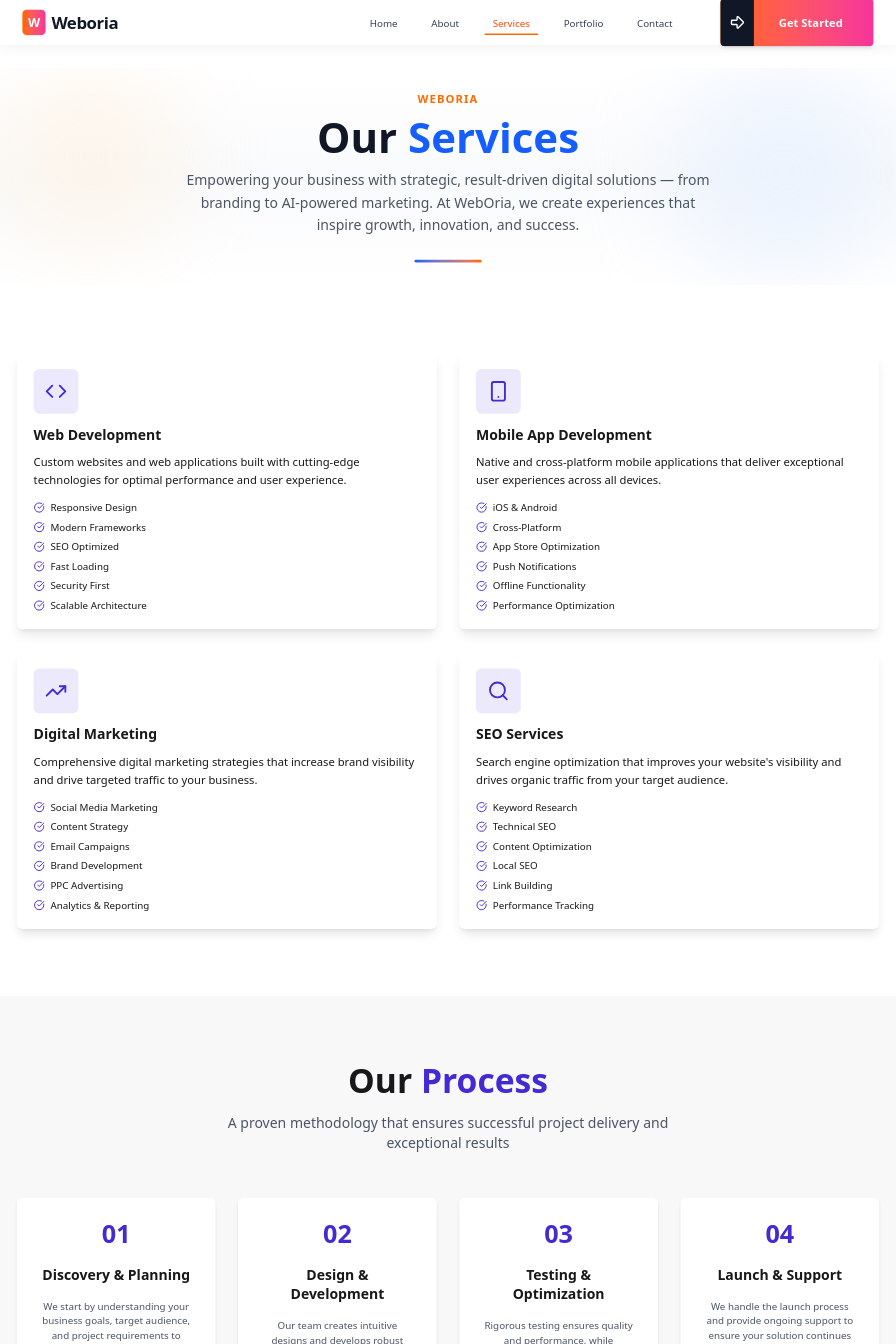
Repository: mdmuhibullahhabib/weboria
Page: /services
An editor plug-in stored every save of this project. The page is shown before and after the next save, followed by the edit.
The browser window is 1280 px wide. The pictures show the part of the page from y = 0 to 1920 px (the page is 3670 px tall), at 70% of full size.
The project was rebuilt for these pictures with package versions that can differ from the ones it lists, and the page was loaded fresh each time. The framework's server and built-in components were replaced by stand-ins that run in the browser. Also part of the build but not shown: next.config.mjs.

Above is the page before, as saved 2025-10-05 11:53:36.

### src/app/layout.js
import { Geist, Geist_Mono } from "next/font/google";
import "./globals.css";
import Navbar from "@/components/Navbar";
import Footer from "@/components/Footer";
import { Toaster } from "react-hot-toast";

const geistSans = Geist({
  variable: "--font-geist-sans",
  subsets: ["latin"],
});

const geistMono = Geist_Mono({
  variable: "--font-geist-mono",
  subsets: ["latin"],
});

export const metadata = {
  title: "Weboria",
  description: "Digital Marketing Agency",
  icons: "/favicon.ico",
};

export default function RootLayout({ children }) {
  return (
    <html lang="en">
      <body
        className={`${geistSans.variable} ${geistMono.variable} antialiased`}
      >

        <Navbar />
        <Toaster />
        {children}
        <Footer />
      </body>
    </html>
  );
}

### src/components/Navbar.jsx
"use client";
import { useState } from "react";
import Link from "next/link";
import { usePathname } from "next/navigation";
import { Menu, X } from "lucide-react";
import Button from "./Button";

export default function Navbar() {
  const [isOpen, setIsOpen] = useState(false);
  const pathname = usePathname();

  // Brand color palette for Weboria
  // Primary: #FF6B00 (vibrant orange)
  // Secondary: #0B0F19 (dark blue-black)
  // Accent: gradient orange-pink
  const navigation = [
    { name: "Home", href: "/" },
    { name: "About", href: "/about" },
    { name: "Services", href: "/services" },
    { name: "Portfolio", href: "/portfolio" },
    { name: "Contact", href: "/contact" },
  ];

  const isActive = (href) => {
    if (href === "/" && pathname === "/") return true;
    if (href !== "/" && pathname.startsWith(href)) return true;
    return false;
  };

  return (
    <nav className="sticky top-0 z-50 bg-white/80 backdrop-blur-xl border-b border-gray-100 shadow-[0_4px_20px_rgba(0,0,0,0.05)] transition-all duration-300">
      <div className="max-w-7xl mx-auto px-4 sm:px-6 lg:px-8">
        <div className="flex justify-between items-center h-16">
          {/* Logo */}
          <Link href="/" data-testid="link-home">
            <div className="flex items-center space-x-2">
              <div className="bg-gradient-to-r from-orange-500 to-pink-500 text-white font-bold text-lg px-2 py-1 rounded-md shadow-sm">
                W
              </div>
              <h1 className="text-2xl font-extrabold text-gray-900 tracking-tight hover:text-orange-500 transition-colors">
                Weboria
              </h1>
            </div>
          </Link>

          {/* Desktop Navigation */}
          <div className="hidden md:flex space-x-6 items-center">
            {navigation.map((item) => (
              <Link
                key={item.name}
                href={item.href}
                data-testid={`link-${item.name.toLowerCase()}`}
              >
                <span
                  className={`relative px-3 py-2 rounded-md text-sm font-medium transition-all duration-300 ${
                    isActive(item.href)
                      ? "text-orange-600 after:absolute after:left-0 after:bottom-0 after:h-[2px] after:w-full after:bg-orange-500 after:rounded-full"
                      : "text-gray-700 hover:text-orange-600 hover:after:absolute hover:after:left-0 hover:after:bottom-0 hover:after:h-[2px] hover:after:w-full hover:after:bg-orange-500 hover:after:rounded-full"
                  }`}
                >
                  {item.name}
                </span>
              </Link>
            ))}

            {/* CTA Button */}
            <Button
              className="ml-8 bg-gradient-to-r from-orange-500 to-pink-500 text-white px-5 py-2.5 rounded-md shadow-md hover:shadow-lg hover:scale-105 transition-transform duration-200"
              text={"Get Started"}
              href="/contact"
            />
          </div>

          {/* Mobile menu button */}
          <div className="md:hidden">
            <button
              className="p-2 rounded-md text-gray-800 hover:bg-gray-100 transition"
              onClick={() => setIsOpen(!isOpen)}
              data-testid="button-mobile-menu"
            >
              {isOpen ? (
                <X className="w-6 h-6 text-orange-600" />
              ) : (
                <Menu className="w-6 h-6 text-gray-800" />
              )}
            </button>
          </div>
        </div>

        {/* Mobile Navigation */}
        {isOpen && (
          <div className="md:hidden mt-2 border-t border-gray-100 bg-white/90 rounded-lg shadow-lg backdrop-blur-md transition-all">
            <div className="flex flex-col space-y-1 px-4 py-4">
              {navigation.map((item) => (
                <Link
                  key={item.name}
                  href={item.href}
                  data-testid={`link-mobile-${item.name.toLowerCase()}`}
                >
                  <span
                    className={`block px-3 py-2 rounded-md text-base font-medium transition-colors ${
                      isActive(item.href)
                        ? "bg-gradient-to-r from-orange-500 to-pink-500 text-white"
                        : "text-gray-800 hover:bg-orange-50 hover:text-orange-600"
                    }`}
                    onClick={() => setIsOpen(false)}
                  >
                    {item.name}
                  </span>
                </Link>
              ))}

              {/* Mobile CTA Button */}
              <Button
                text={"Get Started"}
                href="/contact"
                className="mt-3 "
              />
            </div>
          </div>
        )}
      </div>
    </nav>
  );
}

### src/components/Footer.jsx
"use client";

import Link from "next/link";
import {
  Facebook,
  Twitter,
  Linkedin,
  Instagram,
  Mail,
  Phone,
  MapPin,
} from "lucide-react";

export default function Footer() {
  // ✅ CTA function in plain JS
  const handleNewsletterSubmit = (e) => {
    e.preventDefault();
    const formData = new FormData(e.target);
    const email = formData.get("email");
    console.log("Newsletter signup:", email);
    e.target.reset();
  };

  const quickLinks = [
    { name: "Home", href: "/" },
    { name: "About", href: "/about" },
    { name: "Services", href: "/services" },
    { name: "Portfolio", href: "/portfolio" },
    { name: "Contact", href: "/contact" },
  ];

  const services = [
    { name: "Web Development", href: "/services" },
    { name: "Mobile Apps", href: "/services" },
    { name: "Digital Marketing", href: "/services" },
    { name: "SEO Services", href: "/services" },
  ];

  const socialLinks = [
    { Icon: Facebook, href: "#", label: "Facebook" },
    { Icon: Twitter, href: "#", label: "Twitter" },
    { Icon: Linkedin, href: "#", label: "LinkedIn" },
    { Icon: Instagram, href: "#", label: "Instagram" },
  ];

  return (
    <footer className="bg-base-200 border-t">
      <div className="max-w-7xl mx-auto px-4 sm:px-6 lg:px-8 py-16">
        {/* Main Footer Content */}
        <div className="grid grid-cols-1 md:grid-cols-2 lg:grid-cols-4 gap-8">
          {/* Company Info */}
          <div className="space-y-4">
            <h3 className="text-2xl font-bold text-primary">Weboria</h3>
            <p className="text-base-content/70 leading-relaxed">
              Transforming businesses through innovative digital solutions.
              We create experiences that inspire, engage, and convert.
            </p>

            {/* Contact Info */}
            <div className="space-y-2 text-base-content/70">
              <div className="flex items-center">
                <Mail className="w-4 h-4 mr-2" />
                <span className="text-sm">hello@weboria.com</span>
              </div>
              <div className="flex items-center">
                <Phone className="w-4 h-4 mr-2" />
                <span className="text-sm">+1 (555) 123-4567</span>
              </div>
              <div className="flex items-center">
                <MapPin className="w-4 h-4 mr-2" />
                <span className="text-sm">San Francisco, CA</span>
              </div>
            </div>
          </div>

          {/* Quick Links */}
          <div>
            <h4 className="text-lg font-semibold mb-4">Quick Links</h4>
            <ul className="space-y-2">
              {quickLinks.map((link) => (
                <li key={link.name}>
                  <Link href={link.href}>
                    <span className="text-base-content/70 hover:text-primary transition-colors">
                      {link.name}
                    </span>
                  </Link>
                </li>
              ))}
            </ul>
          </div>

          {/* Services */}
          <div>
            <h4 className="text-lg font-semibold mb-4">Services</h4>
            <ul className="space-y-2">
              {services.map((service) => (
                <li key={service.name}>
                  <Link href={service.href}>
                    <span className="text-base-content/70 hover:text-primary transition-colors">
                      {service.name}
                    </span>
                  </Link>
                </li>
              ))}
            </ul>
          </div>

          {/* Newsletter */}
          <div>
            <h4 className="text-lg font-semibold mb-4">Stay Updated</h4>
            <p className="text-base-content/70 text-sm mb-4">
              Get the latest insights and updates on digital trends.
            </p>
            <form onSubmit={handleNewsletterSubmit} className="space-y-2">
              <input
                type="email"
                name="email"
                placeholder="Enter your email"
                className="input input-bordered w-full"
                required
              />
              <button type="submit" className="btn btn-primary w-full">
                Subscribe
              </button>
            </form>
          </div>
        </div>

        {/* Social Links & Copyright */}
        <div className="border-t mt-12 pt-8">
          <div className="flex flex-col md:flex-row justify-between items-center space-y-4 md:space-y-0">
            {/* Social Links */}
            <div className="flex space-x-4">
              {socialLinks.map(({ Icon, href, label }) => (
                <a
                  key={label}
                  href={href}
                  target="_blank"
                  rel="noopener noreferrer"
                  className="btn btn-circle btn-ghost"
                  aria-label={label}
                >
                  <Icon className="w-5 h-5" />
                </a>
              ))}
            </div>

            {/* Copyright */}
            <div className="text-center md:text-right">
              <p className="text-base-content/70 text-sm">
                © 2024 Weboria. All rights reserved.
              </p>
            </div>
          </div>
        </div>
      </div>
    </footer>
  );
}

### src/app/Home/components/CTASection.jsx
import { ArrowRight, CheckCircle } from "lucide-react";

export default function CTASection({
  title = "Ready to Transform Your Digital Presence?",
  subtitle = "Join hundreds of successful businesses that trust Weboria to deliver exceptional digital solutions.",
  benefits = [
    "Free consultation and project planning",
    "Dedicated project manager",
    "30-day money-back guarantee",
    "Ongoing support and maintenance",
  ],
  primaryButtonText = "Start Your Project",
  secondaryButtonText = "Schedule a Call",
  onPrimaryClick,
  onSecondaryClick,
}) {
  const handlePrimaryClick = () => {
    console.log("Primary CTA clicked");
    onPrimaryClick?.();
  };

  const handleSecondaryClick = () => {
    console.log("Secondary CTA clicked");
    onSecondaryClick?.();
  };

  return (
    <section className="py-24 bg-gradient-to-br from-primary to-secondary">
      <div className="max-w-7xl mx-auto px-4 sm:px-6 lg:px-8">
        <div className="max-w-4xl mx-auto text-center">
          {/* Title */}
          <h2 className="text-3xl md:text-4xl lg:text-5xl font-bold text-white mb-6">
            {title}
          </h2>

          {/* Subtitle */}
          <p className="text-xl text-white/90 mb-8 max-w-2xl mx-auto leading-relaxed">
            {subtitle}
          </p>

          {/* Benefits List */}
          <div className="grid grid-cols-1 md:grid-cols-2 gap-4 mb-12 max-w-2xl mx-auto">
            {benefits.map((benefit, index) => (
              <div key={index} className="flex items-center text-white/90">
                <CheckCircle className="w-5 h-5 text-accent mr-3 flex-shrink-0" />
                <span>{benefit}</span>
              </div>
            ))}
          </div>

          {/* CTA Buttons */}
          <div className="flex flex-col sm:flex-row gap-4 justify-center items-center">
            {/* Primary Button */}
            <button
              className="btn btn-primary flex items-center px-8 py-4 text-lg"
              onClick={handlePrimaryClick}
              data-testid="button-cta-primary"
            >
              {primaryButtonText}
              <ArrowRight className="ml-2 w-5 h-5" />
            </button>

            {/* Secondary Button */}
            <button
              className="btn btn-outline btn-white flex items-center px-8 py-4 text-lg"
              onClick={handleSecondaryClick}
              data-testid="button-cta-secondary"
            >
              {secondaryButtonText}
            </button>
          </div>
        </div>
      </div>
    </section>
  );
}

### src/app/Home/components/Service.jsx

import { CheckCircle } from "lucide-react";

// Service card component
export default function Service({ icon: Icon, title, description, features = [] }) {
  return (
    <div className="h-full bg-base-100 shadow-lg rounded-lg p-6 flex flex-col transition-all duration-300 hover:scale-105 hover:shadow-xl">
      {/* Icon */}
      {Icon && (
        <div className="flex items-center justify-center w-16 h-16 bg-primary/10 rounded-lg mb-4">
          <Icon className="w-8 h-8 text-primary" />
        </div>
      )}

      {/* Title */}
      <h3 className="text-xl font-semibold mb-3 text-foreground">{title}</h3>

      {/* Description */}
      <p className="text-muted-foreground mb-4 leading-relaxed">{description}</p>

      {/* Features */}
      {features.length > 0 && (
        <ul className="space-y-2 mt-auto">
          {features.map((feature, index) => (
            <li key={index} className="flex items-center text-sm text-muted-foreground">
              <CheckCircle className="w-4 h-4 text-primary mr-2 flex-shrink-0" />
              {feature}
            </li>
          ))}
        </ul>
      )}
    </div>
  );
}

### src/components/Button.jsx
// Button.jsx
"use client";

import { ArrowBigRight } from "lucide-react";
import Link from "next/link";

export default function Button({ text, href = "#", className = "" }) {
  return (
    <Link
      href={href}
      className={`
        relative inline-flex items-center overflow-hidden group rounded-md font-semibold
        bg-gray-200 text-gray-700 border-none hover:bg-gray-300 transition-colors
        ${className}
      `}
    >
      {/* বাম পাশে আইকন বক্স */}
      <span
        className="
          absolute left-0 top-0 h-full w-12 flex items-center justify-center
          bg-gray-900 text-white text-xl font-bold z-20
        "
      >
        <ArrowBigRight />
      </span>

      {/* মূল টেক্সট */}
      <span
        className="
          relative z-20 py-3 px-6 pl-16 transition-colors
          group-hover:text-gray-900
        "
      >
        {text}
      </span>

      {/* Hover effect (Sky Blue wipe) */}
      <span
        className="
          absolute top-0 left-0 w-0 h-full bg-sky-400
          group-hover:w-full transition-all duration-300 ease-out z-10
        "
      />
    </Link>
  );
}

Loaded but not shown: src/app/globals.css (common file); src/app/services/page.jsx (208 lines, source omitted)

After the next save:
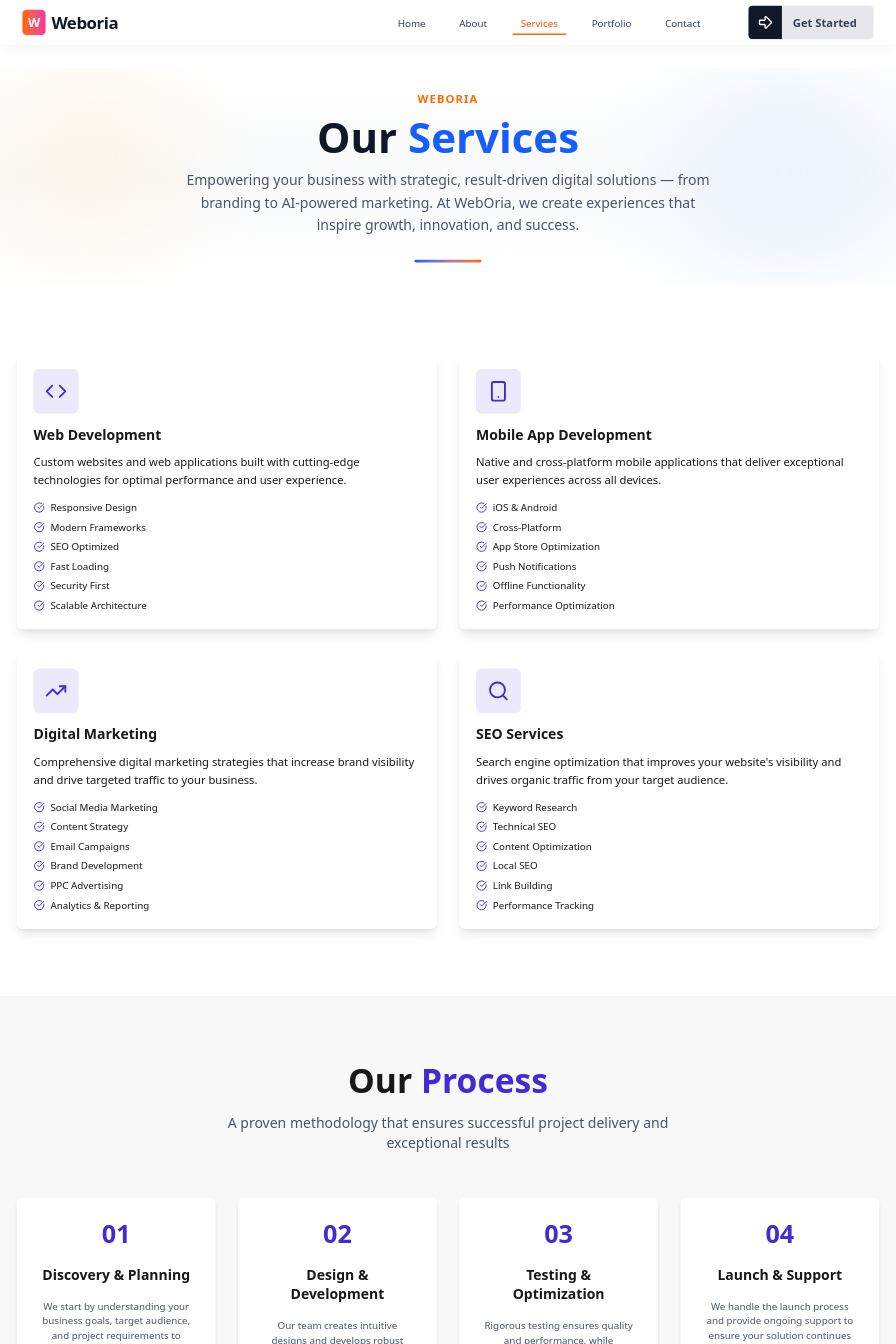
Saved 2 min 14 s later.
--- a/src/components/Navbar.jsx
+++ b/src/components/Navbar.jsx
@@ -65,7 +65,7 @@
 
             {/* CTA Button */}
             <Button
-              className="ml-8 bg-gradient-to-r from-orange-500 to-pink-500 text-white px-5 py-2.5 rounded-md shadow-md hover:shadow-lg hover:scale-105 transition-transform duration-200"
+              className="ml-8 "
               text={"Get Started"}
               href="/contact"
             />

After the 2 saves that followed:
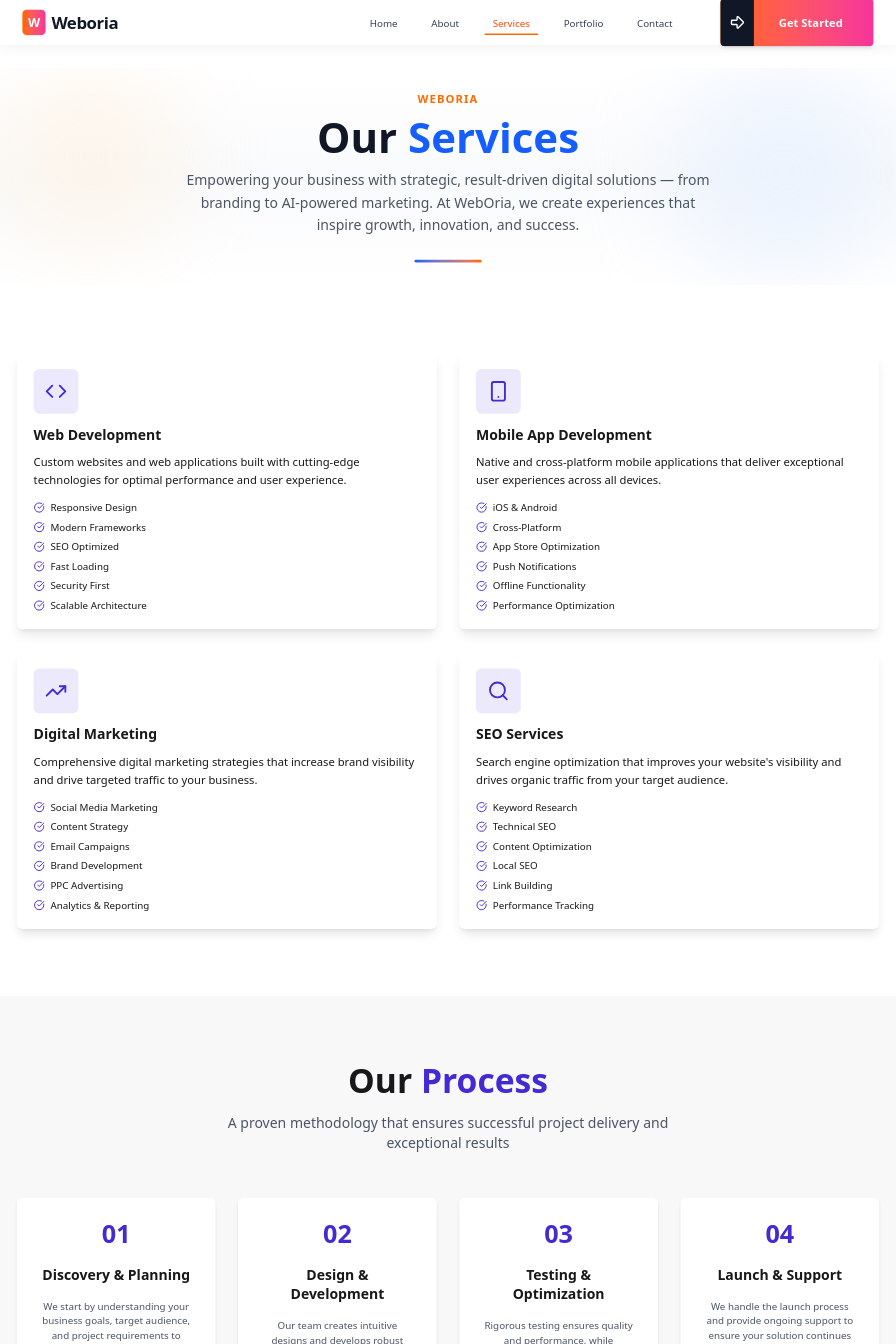
The 2 saves are shown as one change because 1 left the picture as it was.
The last was saved 15 s later.
--- a/src/components/Navbar.jsx
+++ b/src/components/Navbar.jsx
@@ -65,7 +65,7 @@
 
             {/* CTA Button */}
             <Button
-              className="ml-8 "
+              className="ml-8 bg-gradient-to-r from-orange-500 to-pink-500 text-white px-5 py-2.5 rounded-md shadow-md hover:shadow-lg hover:scale-105 transition-transform duration-200"
               text={"Get Started"}
               href="/contact"
             />
